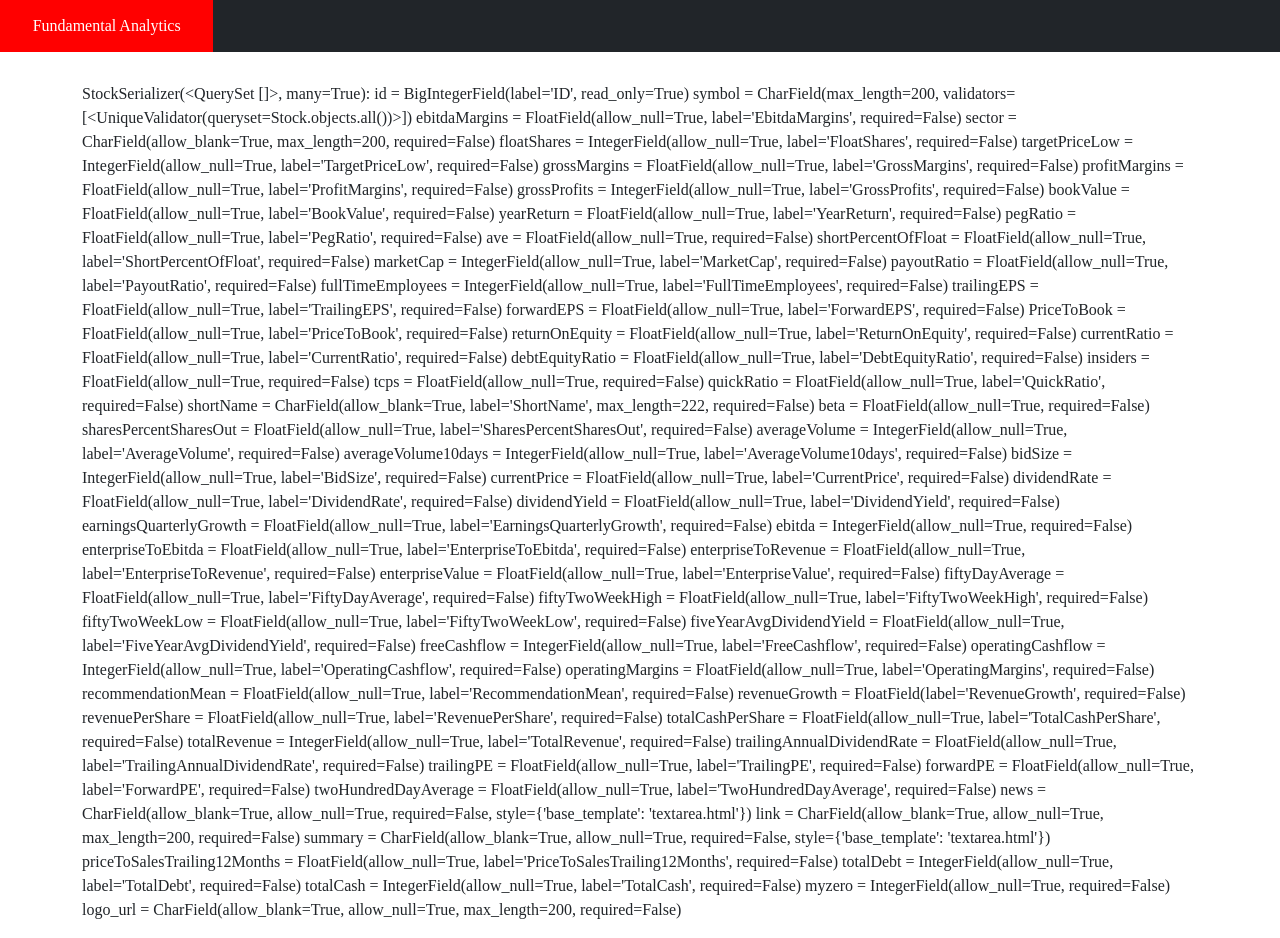
Repository: brendan12372/theSite
Page: http://localhost/
These files come from the project's save history. The page is drawn as it stood at one moment and after the next save; the edit follows.
The browser window is 1280 px wide. The pictures show the whole page.
The page is served by the project's application, run on Django 4.2 (manage.py). Other server files are loaded and not shown. Queries for data that is not in the repository find no rows.

Above is the page before, as saved 2022-03-16 21:22:01.

### stocks/templates/test3.html
<!DOCTYPE html>
{% load static %}
{% load humanize %}


<html lang="en">

<head>

    <!-- Required meta tags -->
    <meta charset="utf-8">
    <meta name="viewport" content="width=device-width, initial-scale=1, shrink-to-fit=no">

    <!-- Bootstrap CSS -->
    <link href="https://cdn.jsdelivr.net/npm/bootstrap@5.0.2/dist/css/bootstrap.min.css" rel="stylesheet" integrity="sha384-EVSTQN3/azprG1Anm3QDgpJLIm9Nao0Yz1ztcQTwFspd3yD65VohhpuuCOmLASjC" crossorigin="anonymous">

    <link rel="stylesheet" type="text/css" href="{% static 'topTen/style.css' %}">
    <!doctype html>

    <title>Fundamental Analytics</title>

</head>

<body>
    <nav class="navbar navbar-dark sticky-top bg-dark flex-md-nowrap p-0">
        <a class="navbar-brand col-sm-3 col-md-2 mr-0" href={% url 'home' %}>Fundamental Analytics</a>
    </nav>


    <div class="container">
        <p>{{ data }}</p>

        </table>
    </div>

    <script src="https://cdn.jsdelivr.net/npm/bootstrap@5.0.2/dist/js/bootstrap.bundle.min.js" integrity="sha384-MrcW6ZMFYlzcLA8Nl+NtUVF0sA7MsXsP1UyJoMp4YLEuNSfAP+JcXn/tWtIaxVXM" crossorigin="anonymous"></script>

</body>

</html>

### stocks/serializers.py
from .models import Stock,Mysector
from rest_framework import serializers
class StockSerializer(serializers.ModelSerializer):
    class Meta:
        s = Stock('appl')
        f = []
        f = s.get_model_fields()
        fl=[]
        for m in f:
            fl.append(m.name)
        model = Stock
        fields=fl
class SectorSerializer(serializers.ModelSerializer):

    class Meta:

        model = Mysector

        fields=['name','ave']

### stocks/views.py
from rest_framework import status
from rest_framework.decorators import api_view
from rest_framework.response import Response
from stocks.models import Stock,Mysector
from stocks.serializers import StockSerializer, SectorSerializer
from pyFundamental.utils import info
from statistics import mean
from django.shortcuts import render
from django.views.decorators.csrf import csrf_exempt
import io
from rest_framework.parsers import JSONParser

def stocks_list2(request):
    stocks = Stock.objects.all()
    serializer = StockSerializer(stocks, many=True)
    if request.method == 'GET':
        sector='all'
        dir='up',
        sortBy='MarketCap'
        if sector !='all':
            stocks = Stock.objects.filter(sector=sector)
        else:
            stocks = Stock.objects.all()
        if dir =='up':
            stocks=stocks.order_by(sortBy)
        if dir=='down':
            stocks=stocks.order_by("-"+sortBy)




        serializer = StockSerializer(stocks, many=True)
        print(serializer.data)

    context={
      "data":serializer
             }




    template_name="test3.html"


    # stream = io.BytesIO(json)
    # data = JSONParser().parse(stream)

    return render(template_name=template_name,request=request,context=context)

@api_view(['GET', 'POST'])
def stocks_list(request,sector,sortBy,dir):
    """
    List all code snippets, or create a new snippet.
    """
    if request.method == 'GET':
        print(sector)
        if sector !='all':
            stocks = Stock.objects.filter(sector=sector)
        else:
            stocks = Stock.objects.all()
        if dir =='up':
            stocks=stocks.order_by(sortBy)
        if dir=='down':
            stocks=stocks.order_by("-"+sortBy)

        serializer = StockSerializer(stocks, many=True)
        return Response(serializer.data)

    elif request.method == 'POST':
        serializer = StockSerializer(data=request.data)
        if serializer.is_valid():
            serializer.save()
            return Response(serializer.data, status=status.HTTP_201_CREATED)
        return Response(serializer.errors, status=status.HTTP_400_BAD_REQUEST)

@api_view(['GET', 'DELETE'])
def stocks_detail(request, pk):
    """
    Retrieve, update or delete a code snippet.
    """
    try:
        stock = Stock.objects.get(pk=pk)
    except Stock.DoesNotExist:
        return Response(status=status.HTTP_404_NOT_FOUND)

    if request.method == 'GET':
        serializer = StockSerializer(stock)
        return Response(serializer.data)


    elif request.method == 'DELETE':
        stock.delete()
        return Response(status=status.HTTP_204_NO_CONTENT)




@api_view(['GET'])
def sector_list(request,sortBy,dir):
    if request.method == 'GET':
        xxx=Mysector.objects.all()

        for s in Mysector.objects.all():
            s.get_ave(sortBy)
            s.save()

        sec_list=Mysector.objects.all()
        stockL=Stock.objects.all()




        if dir=='up':
            serializer = SectorSerializer(sec_list.order_by('-ave'), many=True)
        if dir=='down':
            serializer = SectorSerializer(sec_list.order_by('ave'), many=True)

        return Response(serializer.data)



def stocks_detail2(request, pk):
    """
    Retrieve, update or delete a code snippet.
    """
    try:
        stock = Stock.objects.get(pk=pk)
    except Stock.DoesNotExist:
        return Response(status=status.HTTP_404_NOT_FOUND)

    if request.method == 'GET':
        serializer = StockSerializer(stock)

        context={"data":serializer.data}
        template_name="sd.html"

        return render(template_name=template_name,request=request,context=context)


    elif request.method == 'DELETE':
        stock.delete()
        return Response(status=status.HTTP_204_NO_CONTENT)

### tutorial/urls.py
from django.urls import path, include
from django.contrib import admin

urlpatterns = [
path('admin/', admin.site.urls),
path('', include('stocks.urls')),
path('topTen/', include('topTen.urls')),

]

### stocks/urls.py
from django.urls import path
from stocks import views
from django.contrib import admin

urlpatterns = [
    # path('stocks/', views.stocks_list),
    path('', views.stocks_list2),
    path('<int:pk>/', views.stocks_detail2),
    path('<str:sector>/<str:sortBy>/<str:dir>', views.stocks_list),
    path('sectors/<str:sortBy>/<str:dir>', views.sector_list),
    path('frontend/<int:pk>/',views.stocks_detail2, name= 'myD' )
]

### topTen/urls.py
from django.urls import path
from topTen import views
urlpatterns = [
    # path('front/', views.front_list),
    # path('front/<int:pk>/', views.stocks_detail),
    path('sector/', views.sector_view,name='sector'),
    path('home/', views.vTwo,name='sort'),
    path('',views.home,name='home'),
    path('<int:pk>/', views.detail.as_view(),name='detail'),


]

### topTen/static/topTen/style.css
 /* Navbar container */
 .theOptions{
  background-color:lightblue;
  text-align: left;
     padding-left: 10%;
}
 article{
margin-top:30px;
 }
 body{
          font-family: "Noto Serif Armenian Light";

 }
.Key{
    background-color: lightblue;
}

.theList{
  background-color:darkgrey;
  text-align: left;
  margin-top: 5px;
    font-family: "Times";
}
p{
         font-family: "Noto Serif Armenian Light";

}
 .navbar {
  overflow: hidden;
  background-color: darkgrey;
  font-family: 'Noto Serif Armenian Light';
     margin-bottom: 30px;
}
 body {
   background-color:'green'
 }

/* Links inside the navbar */
.navbar a {
  float: left;
  font-size: 16px;
  color: white;
  text-align: center;
  padding: 14px 16px;
  text-decoration: none;
}

/* The dropdown container */
.dropdown {
  float: left;
  overflow: hidden;
}

/* Dropdown button */
.dropdown .dropbtn {
  font-size: 16px;
  border: none;
  outline: none;
  color: white;
  padding: 14px 16px;
  background-color: inherit;
  font-family: inherit; /* Important for vertical align on mobile phones */
  margin: 0; /* Important for vertical align on mobile phones */
}

/* Add a red background color to navbar links on hover */
.navbar a:hover, .dropdown:hover .dropbtn {
  background-color: red;
}

/* Dropdown content (hidden by default) */
.dropdown-content {
  display: none;
  position: absolute;
  background-color: #f9f9f9;
  min-width: 160px;
  box-shadow: 0px 8px 16px 0px rgba(0,0,0,0.2);
  z-index: 1;
}

/* Links inside the dropdown */
.dropdown-content a {
  float: none;
  color: black;
  padding: 12px 16px;
  text-decoration: none;
  display: block;
  text-align: left;
}

/* Add a grey background color to dropdown links on hover */
.dropdown-content a:hover {
  background-color: #ddd;
}

/* Show the dropdown menu on hover */
.dropdown:hover .dropdown-content {
  display: block;
}
label {
  ;
}

Loaded but not shown: pyFundamental/utils.py (484 lines, source omitted)

After the next save:
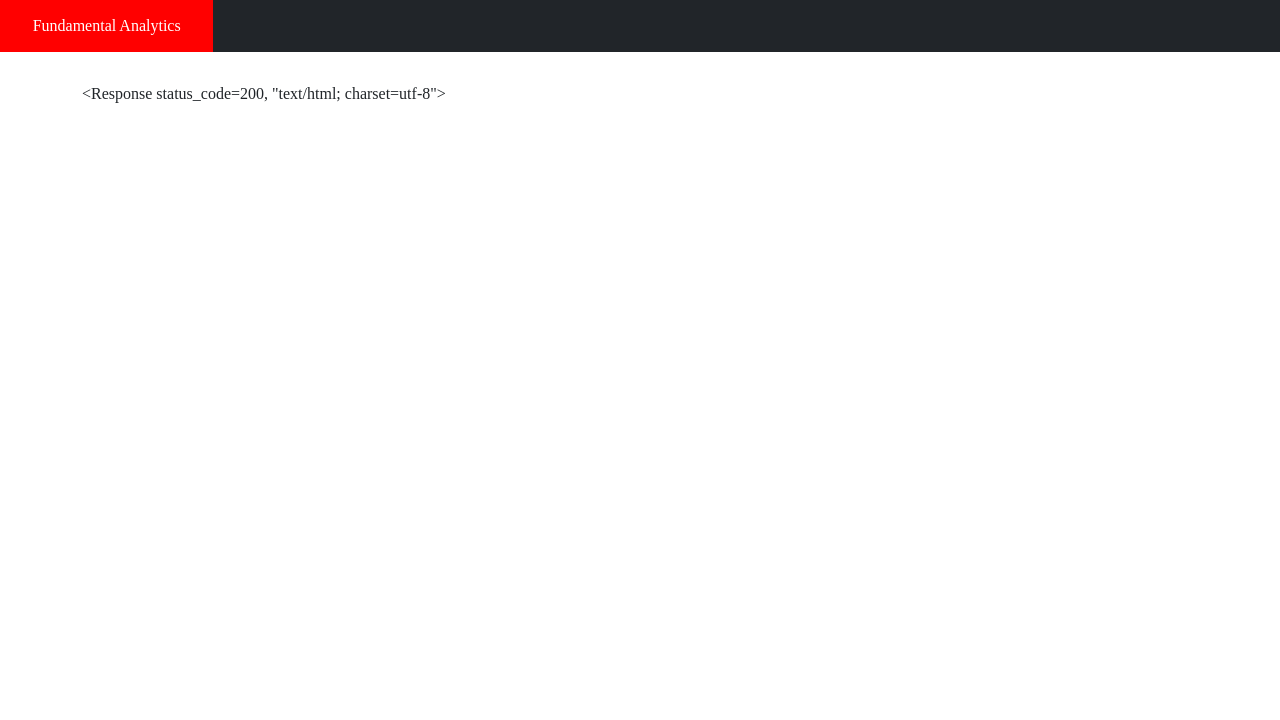
Saved 6 min 2 s later.
--- a/stocks/views.py
+++ b/stocks/views.py
@@ -33,7 +33,7 @@ def stocks_list2(request):
         print(serializer.data)
 
     context={
-      "data":serializer
+      "data":Response(serializer)
              }
 
 
